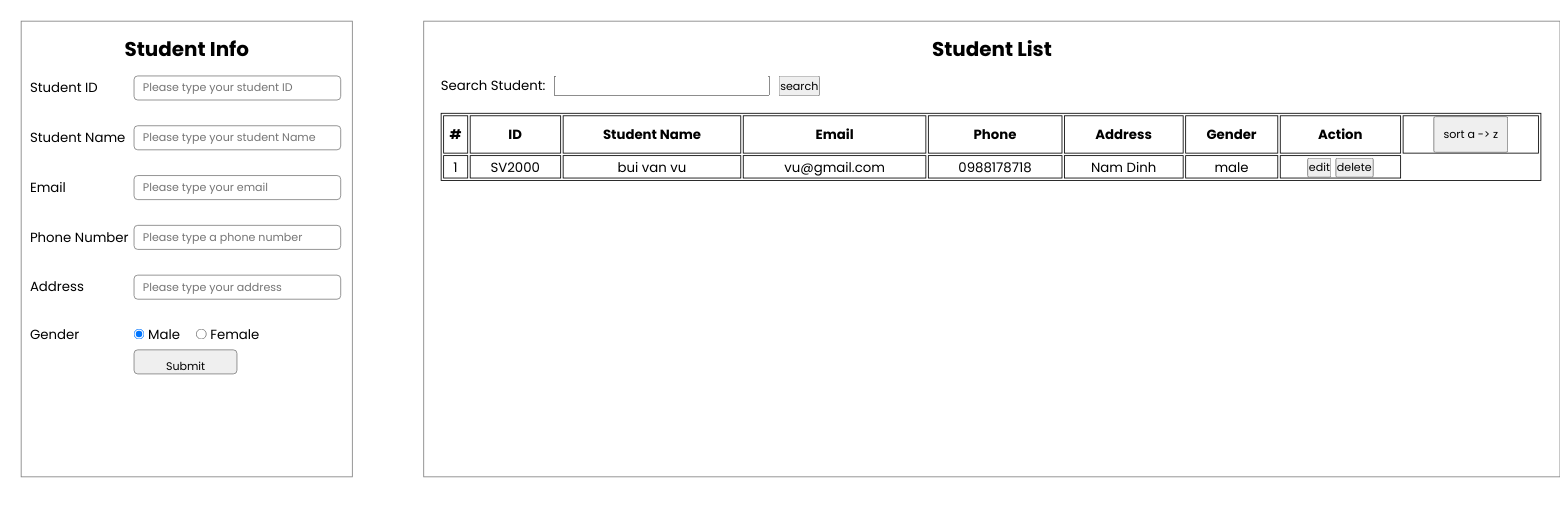
Repository: sSoRaK/ex-session15-dom-event
Page: ex-dom-event/student-management.html
These files come from the project's save history. The page is drawn as it stood at one moment and after a run of saves; the edit follows.
The browser window is 1280 px wide. The page is 1880 px wide, so the pictures cover 1880 px, including what lies to the right of the window. The pictures show the whole page, at 83% of full size.

Above is the page before, as saved 2023-06-24 20:26:20.

### ex-dom-event/student-management.html
<!DOCTYPE html>
<html lang="en">
  <head>
    <meta charset="UTF-8" />
    <meta name="viewport" content="width=device-width, initial-scale=1.0" />
    <title>Student Management</title>
    <link rel="preconnect" href="https://fonts.googleapis.com" />
    <link rel="preconnect" href="https://fonts.gstatic.com" crossorigin />
    <link
      href="https://fonts.googleapis.com/css2?family=Poppins:ital,wght@0,100;0,200;0,300;0,400;0,500;0,600;0,700;0,800;0,900;1,100;1,200;1,300;1,400;1,500;1,600;1,700;1,800;1,900&display=swap"
      rel="stylesheet"
    />
    <link rel="stylesheet" href="./style/style.css" />
  </head>
  <body>
    <div class="left-side">
      <h2>Student Info</h2>
      <form action="#" class="form-student">
        <label for="student-id" id="label-id">Student ID</label>
        <input
          type="text"
          name="student-name"
          id="student-id"
          placeholder="Please type your student ID"
        />
        <div class="error error-row1"></div>
        <label for="student-name" id="label-name">Student Name</label>
        <input
          type="text"
          name="student-name"
          id="student-name"
          placeholder="Please type your student Name"
        />
        <div class="error error-row2"></div>
        <label for="student-email" id="label-email">Email</label>
        <input
          type="email"
          name="student-email"
          id="student-email"
          placeholder="Please type your email"
        />
        <div class="error error-row3"></div>
        <label for="student-phone_number" id="label-phone_number"
          >Phone Number</label
        >
        <input
          type="number"
          name="student-phone_number"
          id="student-phone_number"
          placeholder="Please type a phone number"
        />
        <div class="error error-row4"></div>
        <label for="student-address" id="label-address">Address</label>
        <input
          type="text"
          name="student-address"
          id="student-address"
          placeholder="Please type your address"
        />
        <div class="error error-row5"></div>
        <span class="gender">Gender</span>
        <div class="gender-wrapper">
          <input type="radio" name="gender" id="male" checked />
          <label for="male">Male</label>
          <input type="radio" name="gender" id="female" />
          <label for="female">Female</label>
        </div>
        <input type="submit" value="Submit" class="btn-submit" />
      </form>
    </div>
    <div class="right-side">
      <h2>Student List</h2>
      <form action="#" class="searching-bar">
        <span>Search Student:</span>
        <input
          type="text"
          name="search-student_name"
          id="search-student_name"
        />
        <button class="btn-search">search</button>
      </form>
      <table class="table-student">
        <thead>
          <tr>
            <th>#</th>
            <th>ID</th>
            <th>Student Name</th>
            <th>Email</th>
            <th>Phone</th>
            <th>Address</th>
            <th>Gender</th>
            <th>Action</th>
            <th>
              <button class="btn-sort">sort a -> z</button>
            </th>
          </tr>
        </thead>
        <tbody id="student-info"></tbody>
      </table>
    </div>
    <script src="./app/app.js"></script>
  </body>
</html>

### ex-dom-event/style/style.css
* {
  padding: 0;
  margin: 0;
  box-sizing: border-box;
  font-family: "Poppins", sans-serif;
}
body {
  display: grid;
  grid-template-columns: repeat(4, 400px);
  grid-template-rows: repeat(1, 550px);
  gap: 85px;
  margin: 25px;
}
/* left side student info */
.left-side {
  border: 1px solid gray;
  grid-column: 1/2;
}
.left-side h2,
.right-side h2 {
  text-align: center;
  margin: 15px 0;
}
.form-student {
  margin: 0 10px;
  display: grid;
  grid-template-columns: repeat(3, 125px);
  grid-template-rows: repeat(13, 30px);
  /* row-gap: 30px; */
}
.form-student input {
  border: 0.5px solid gray;
  border-radius: 5px;
}
#label-id {
  grid-column: 1/2;
  grid-row: 1/2;
  line-height: 30px;
}
#student-id {
  grid-column: 2/4;
  grid-row: 1/2;
  padding-left: 10px;
}
.error-row1{
  grid-column: 2/4;
  grid-row: 2/3;
}
#label-name {
  grid-column: 1/2;
  grid-row: 3/4;
  line-height: 30px;
}
#student-name {
  grid-column: 2/4;
  grid-row: 3/4;
  padding-left: 10px;
}
.error-row2{
  grid-column: 2/4;
  grid-row: 4/5;
}
#label-email {
  grid-column: 1/2;
  grid-row: 5/6;
  line-height: 30px;
}
#student-email {
  grid-column: 2/4;
  grid-row: 5/6;
  padding-left: 10px;
}
.error-row3{
  grid-column: 2/4;
  grid-row: 6/7;
}
#label-phone_number {
  grid-column: 1/2;
  grid-row: 7/8;
  line-height: 30px;
}
input::-webkit-outer-spin-button,
input::-webkit-inner-spin-button {
  -webkit-appearance: none;
  margin: 0;
}
#student-phone_number {
  grid-column: 2/4;
  grid-row: 7/8;
  padding-left: 10px;
}
.error-row4{
  grid-column: 2/4;
  grid-row: 8/9;
}
#label-address {
  grid-column: 1/2;
  grid-row: 9/10;
  line-height: 30px;
}
#student-address {
  grid-column: 2/4;
  grid-row: 9/10;
  padding-left: 10px;
}
.error-row5{
  grid-column: 2/4;
  grid-row: 10/11;
}
.gender {
  grid-column: 1/2;
  grid-row: 11/12;
}
.gender-wrapper {
  grid-column: 2/4;
  grid-row: 11/12;
}
.gender-wrapper label[for="male"] {
  margin-right: 15px;
}
.btn-submit {
  grid-column: 2/3;
  grid-row: 12/13;
  padding: 10px 0;
}

/* right side student list */
.right-side {
  border: 1px solid gray;
  grid-column: 2/5;
}
.right-side .searching-bar {
  margin-left: 20px;
  display: flex;
  gap: 10px;
}
.table-student,
th,
tr,
td {
  border: 1px solid;
  /* border-collapse: collapse; */
  margin: 20px;
  width: calc(100% - 42px);
}
.btn-sort {
  padding: 10px;
}

#student-info tr td {
  text-align: center;
}
.error {
  visibility: hidden;
}
.error-row1 {
  grid-row: 2;
}
.display-error {
  color: red;
  visibility: visible;
}
.btn-edit,
.btn-delete,
.btn-submit,
.btn-sort,
.btn-search {
  cursor: pointer;
}

### ex-dom-event/app/app.js
// tạo 1 mảng rỗng 2 chiều với phần tử là 1 mảng chứa các thông tin tương ứng của mỗi sinh viên
let studentList = [
  ["SV2000", "bui van vu", "vu@gmail.com", "0988178718", "Nam Dinh", "male"],
];
let action = "create";
// Lấy dữ liệu từ form -> table: Read
function renderData() {
  // truy cập đến tbody
  let tbody = document.getElementById("student-info");
  // đặt giá trị ban đầu tbody = "", để tránh dữ liệu cũ còn tồn tại
  tbody.innerHTML = "";
  for (let i = 0; i < studentList.length; i++) {
    // truyền vào tbody dưới dạng String Template
    tbody.innerHTML += `<tr>
                          <td>${i + 1}</td>
                          <td>${studentList[i][0]}</td>
                          <td>${studentList[i][1]}</td>
                          <td>${studentList[i][2]}</td>
                          <td>${studentList[i][3]}</td>
                          <td>${studentList[i][4]}</td>
                          <td>${studentList[i][5]}</td>
                          <td>
                              <button onclick="editData('${
                                studentList[i][0]
                              }')" class="btn-edit">edit</button>
                              <button onclick="deleteData('${
                                studentList[i][1]
                              }')" class="btn-delete">delete</button>
                          </td>
                    </tr>`;
  }
}
// Khi trình duyệt load thì sẽ load dữ liệu student và hiển thị trên table
document.onload = renderData();

// query element (create gol)
const studentId = document.querySelector("#student-id");
const studentName = document.querySelector("#student-name");
const studentEmail = document.querySelector("#student-email");
const studentPhoneNumber = document.querySelector("#student-phone_number");
const studentAddress = document.querySelector("#student-address");
const studentGender = document.querySelector("input[name='gender']:checked");

const errorElement = document.querySelectorAll(".error");

const btnSubmit = document.querySelector(".btn-submit");

// Validate: xác thực khi thêm create hoặc update
// function check validate each <input>
function validateForm() {
  // Lấy dữ liệu từ Form và Thực hiện validate từng input, nếu thỏa -> true, không thỏa -> báo lỗi (false)
  let idValidate = false;
  let nameValidate = false;
  let emailValidate = false;
  let phoneValidate = false;
  let addressValidate = false;
  let emailPattern = /^\w+([\.-]?\w+)*@\w+([\.-]?\w+)*(\.\w{2,3})+$/; // regex pattern: mẫu quy định
  let phonePattern = /(84|0[3|5|7|8|9])+([0-9]{8})\b/g;
  // check validate studentId
  if (studentId.value.length == 0) {
    errorElement[0].textContent = "* Please type your ID";
    errorElement[0].classList.add("display-error");
  } else if (studentId.value.length < 6 || studentId.value.length > 20) {
    errorElement[0].textContent = "* Your ID must be 6 - 20 characters";
    errorElement[0].classList.add("display-error");
  } else {
    errorElement[0].classList.remove("display-error");
    idValidate = true;
  }

  // check validate studentName
  if (studentName.value == "") {
    errorElement[1].textContent = "* Please type your name";
    errorElement[1].classList.add("display-error");
  } else {
    errorElement[1].classList.remove("display-error");
    nameValidate = true;
  }

  // check validate studentEmail
  if (studentEmail.value.length == "") {
    errorElement[2].textContent = "* Please type your email";
    errorElement[2].classList.add("display-error");
  } else if (!studentEmail.value.match(emailPattern)) {
    errorElement[2].textContent = "* You have entered email invalid";
    errorElement[2].classList.add("display-error");
  } else {
    errorElement[2].classList.remove("display-error");
    emailValidate = true;
  }

  // check validate studentPhoneNumber
  if (studentPhoneNumber.value.length == "") {
    errorElement[3].textContent = "* Please type your phone number";
    errorElement[3].classList.add("display-error");
  } else if (!studentPhoneNumber.value.match(phonePattern)) {
    errorElement[3].textContent = "* You have entered phone number invalid";
    errorElement[3].classList.add("display-error");
  } else {
    errorElement[3].classList.remove("display-error");
    phoneValidate = true;
  }

  // check validate studentAddress
  if (studentAddress.value.length == "") {
    errorElement[4].textContent = "* Please type your address";
    errorElement[4].classList.add("display-error");
  } else {
    errorElement[4].classList.remove("display-error");
    addressValidate = true;
  }

  // check validate each input as True or False
  if (
    idValidate &&
    nameValidate &&
    emailValidate &&
    phoneValidate &&
    addressValidate
  ) {
    return true;
  }
  return false;
}

// Lấy dữ liệu từ Form sau khi submit, tạo table và insert studentList
// create new student from FORM and take to value studentList, insert to table
function createData() {
  // tạo mảng gồm các thông tin của học sinh - create array have element as student info
  const newStudent = [
    studentId.value,
    studentName.value,
    studentEmail.value,
    studentPhoneNumber.value,
    studentAddress.value,
    studentGender.value,
  ];
  studentList.push(newStudent);
  renderData();
  resetForm(); // clear form after submit
}

// reset form after submit or update, create newStudent to table
function resetForm() {
  studentId.value = "";
  studentName.value = "";
  studentEmail.value = "";
  studentPhoneNumber.value = "";
  studentAddress.value = "";
  document.getElementById("male").checked = true;
}

// create event for btn-submit
// event : e
btnSubmit.addEventListener("click", (e) => {
  e.preventDefault(); // after click button submit, prevent "FORM" re-load
  const checkValidForm = validateForm();
  if (checkValidForm) {
    if (action == "create") {
      // push dữ liệu vào table
      createData();
    } else {
      // Thực hiện update sinh viên
      updateFormStudent();
    }
  }
});
// lấy thông tin học sinh thông qua studentID
// 1. Duyệt qua studentList để lấy studentID
function getStudentId(studentId) {
  for (let index = 0; index < studentList.length; index++) {
    if (studentId == studentList[index][0]) return index;
  }
  return -1;
}
// 2.
function editData(studentID) {
  // 1. lấy chỉ số sinh viên trong mảng
  let index = getStudentId(studentID);
  if (index >= 0) {
    // 2. fill thông tin sinh viên qua form
    studentId.value = studentList[index][0];
    studentName.value = studentList[index][1];
    studentEmail.value = studentList[index][2];
    studentPhoneNumber.value = studentList[index][3];
    studentAddress.value = studentList[index][4];
    if (studentList[index][5] == "male") {
      document.getElementById("male").checked = true;
    } else {
      document.getElementById("female").checked = true;
    }
    // sau khi edit, thay giá trị action
    action = "edit";
    studentId.readOnly = true;
    studentId.style.outline = "none";
    studentId.style.cursor = "unset";
    studentId.style.caretColor = "transparent";
  }
}
// Update
function updateFormStudent() {
  const studentUpdate = [
    studentId.value,
    studentName.value,
    studentEmail.value,
    studentPhoneNumber.value,
    studentAddress.value,
    studentGender.value,
  ];

  //find Index dua ma code cua sinh vien
  const indexStudent = getStudentId(studentId.value);

  studentList[indexStudent] = studentUpdate;
  renderData();
  action = "create";
  resetForm();
  studentId.readOnly = false;
  studentId.style.cursor = "text";
  studentId.style.caretColor = "black";
}

function deleteData(studentID) {
  let isCheckRemove = confirm("Bạn có muốn xóa hay không?");
  if (isCheckRemove) {
    const indexDeleteStudent = getStudentId(studentID);
    studentList.splice(indexDeleteStudent, 1);
    renderData();
  }
}

After the next 2 saves:
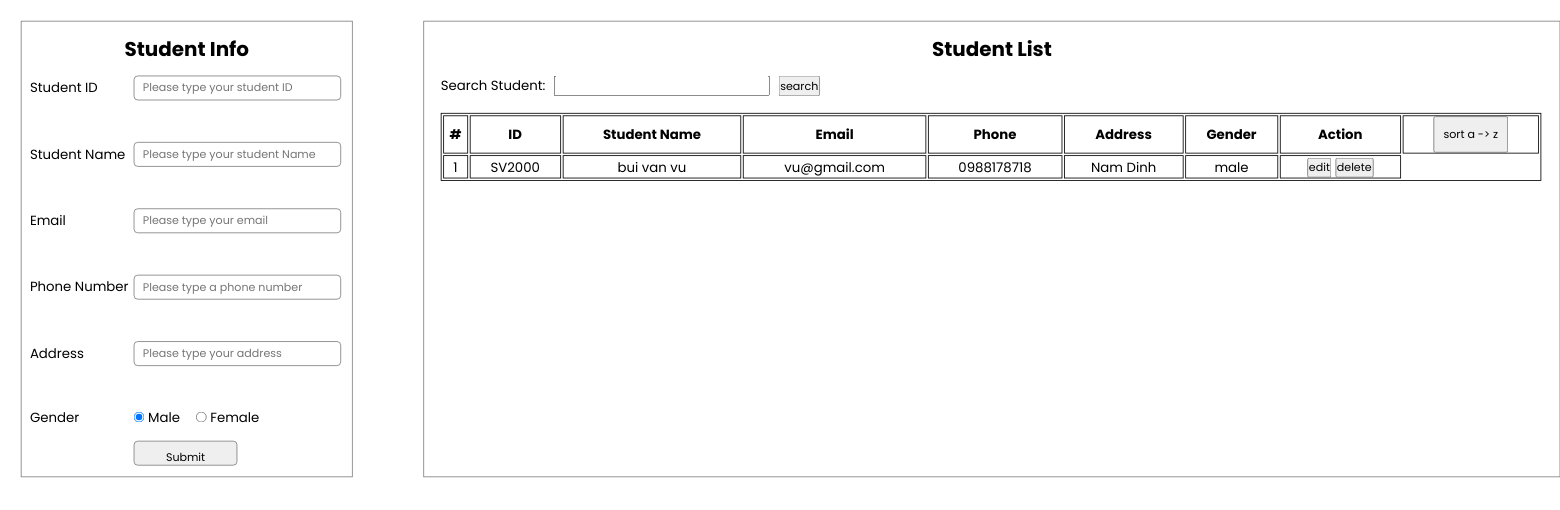
The 2 saves are shown as one change because they came seconds apart.
The last was saved 18 s later.
--- a/ex-dom-event/style/style.css
+++ b/ex-dom-event/style/style.css
@@ -26,7 +26,7 @@ body {
   display: grid;
   grid-template-columns: repeat(3, 125px);
   grid-template-rows: repeat(13, 30px);
-  /* row-gap: 30px; */
+  row-gap: 10px;
 }
 .form-student input {
   border: 0.5px solid gray;
